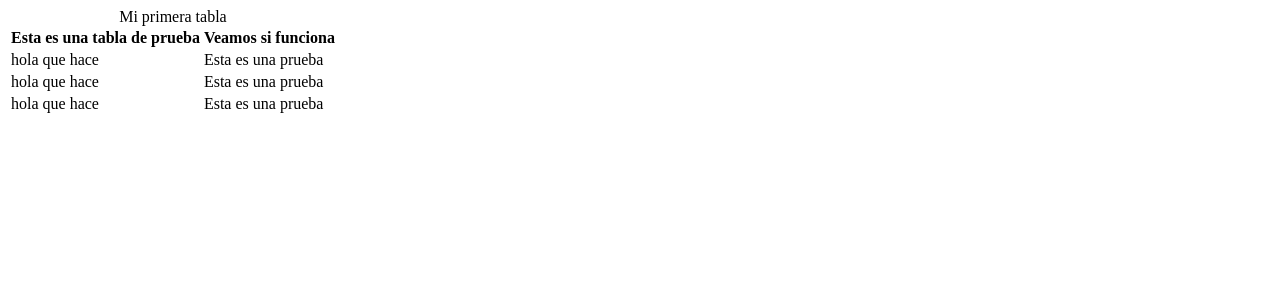
Repository: cesarsant0203/My_Study
Page: Introducción al desarrollo web/tablas.html
These files come from the project's save history. The page is drawn as it stood at one moment and after a run of saves; the edit follows.
The browser window is 1280 px wide. The pictures show the whole page.

Above is the page before, as saved 2020-04-27 12:26:46.

After the next 4 saves:
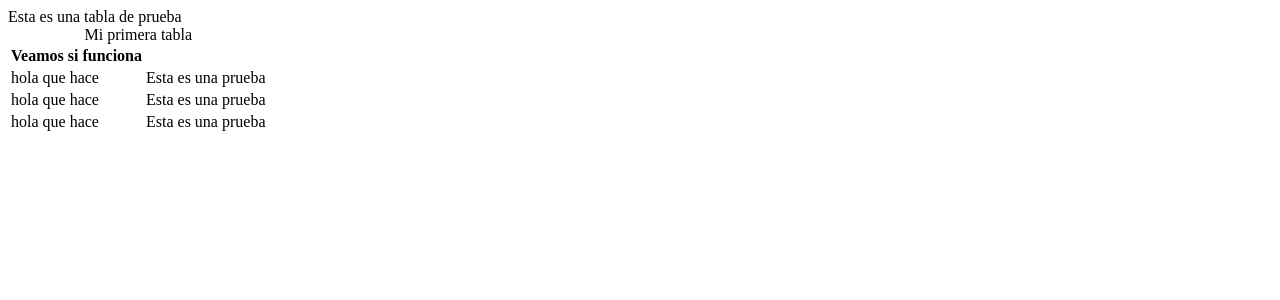
The 4 saves are shown as one change because they came seconds apart.
The last was saved 14 s later.
--- a/Introducción al desarrollo web/tablas.html
+++ b/Introducción al desarrollo web/tablas.html
@@ -12,8 +12,8 @@
         <caption>Mi primera tabla</caption>
         <thead>
             <tr>
-                <th>Esta es una tabla de prueba</th>
-                <th>Veamos si funciona</th>
+                <thcolspan="2">Esta es una tabla de prueba</th>
+                    <th>Veamos si funciona</th>
             </tr>
         </thead>
         <tbody>
